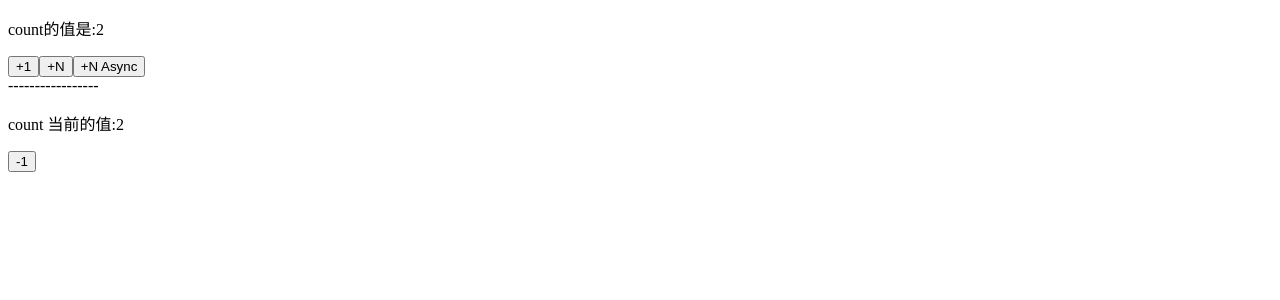
Repository: minika1020/miniprogram
Page: / (app in Desktop/vuex/vuex_demo/)
These files come from the project's save history. The page is drawn as it stood at one moment and after the next save; the edit follows.
The browser window is 1280 px wide. The pictures show the whole page.
The project was rebuilt for these pictures with package versions that can differ from the ones it lists, and the page was loaded fresh each time.

Above is the page before, as saved 2021-03-19 08:58:20.

After the next save:
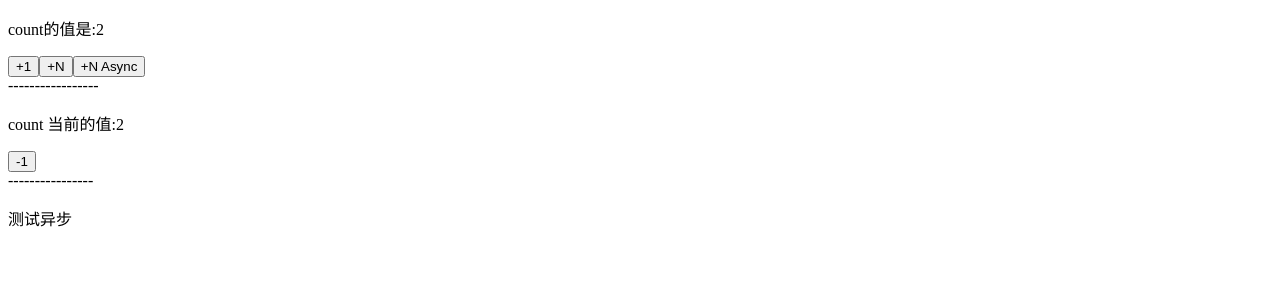
Saved 10 s later.
--- a/Desktop/vuex/vuex_demo/src/App.vue
+++ b/Desktop/vuex/vuex_demo/src/App.vue
@@ -3,6 +3,8 @@
     <my-add></my-add>
     -----------------
     <my-sub></my-sub>
+    ----------------
+    <my-async></my-async>
 
   </div>
 </template>
